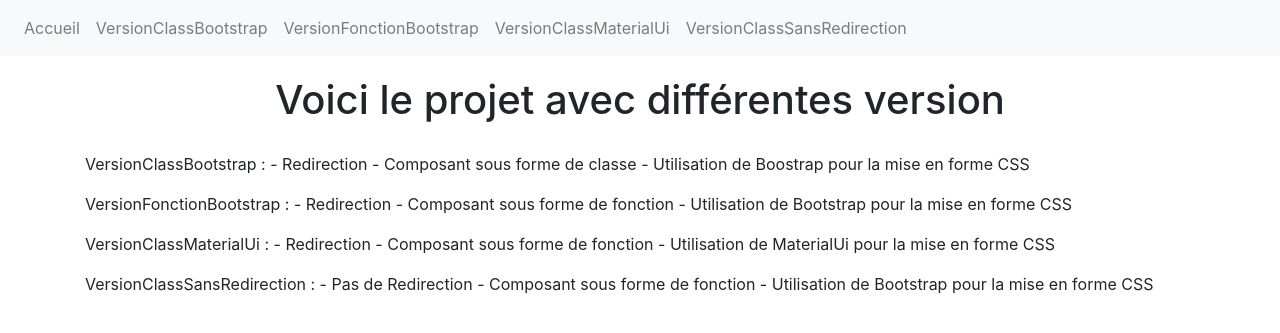
Repository: LudovicB21/CountryTest
Page: /
These files come from the project's save history. The page is drawn as it stood at one moment and after the next save; the edit follows.
The browser window is 1280 px wide. The pictures show the whole page.
The project was rebuilt for these pictures with package versions that can differ from the ones it lists, and the page was loaded fresh each time. Also part of the build but not shown: src/components/VersionClassBootstrap/ListPays.components.js, src/components/VersionClassMaterialUi/ListPays.components.js, src/components/VersionFonctionBoostrap/ListPays.components.js, src/components/VersionSansRedirection/ListPays.component.js, src/components/VersionClassBootstrap/InfoPays.components.js, src/components/VersionClassMaterialUi/InfoPays.components.js, src/components/VersionFonctionBoostrap/InfoPays.components.js.

Above is the page before, as saved 2020-10-29 12:20:26.

After the next save:
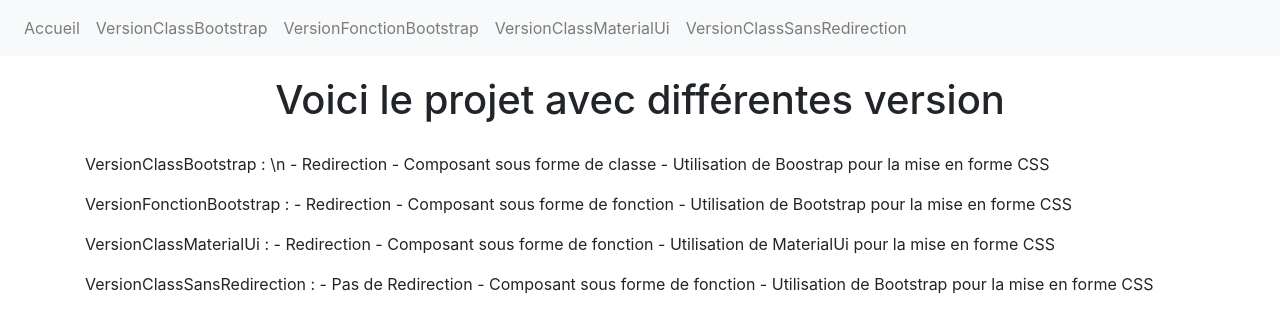
Saved 65 s later.
--- a/src/components/Accueil.js
+++ b/src/components/Accueil.js
@@ -6,7 +6,7 @@
             <div className="container">
                 <h1 style={{padding: "20px"}}> Voici le projet avec différentes version  </h1>
                 <div style={{textAlign: "left"}}>
-                    <p> VersionClassBootstrap :
+                    <p> VersionClassBootstrap : \n
                         - Redirection
                         - Composant sous forme de classe
                         - Utilisation de Boostrap pour la mise en forme CSS {"\n"}

After the save that followed:
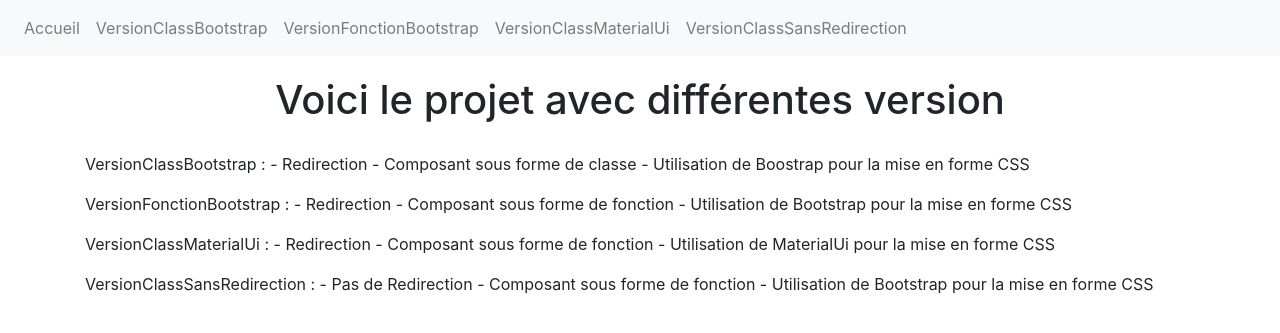
Saved 5 s later.
--- a/src/components/Accueil.js
+++ b/src/components/Accueil.js
@@ -6,7 +6,7 @@
             <div className="container">
                 <h1 style={{padding: "20px"}}> Voici le projet avec différentes version  </h1>
                 <div style={{textAlign: "left"}}>
-                    <p> VersionClassBootstrap : \n
+                    <p> VersionClassBootstrap :
                         - Redirection
                         - Composant sous forme de classe
                         - Utilisation de Boostrap pour la mise en forme CSS {"\n"}
